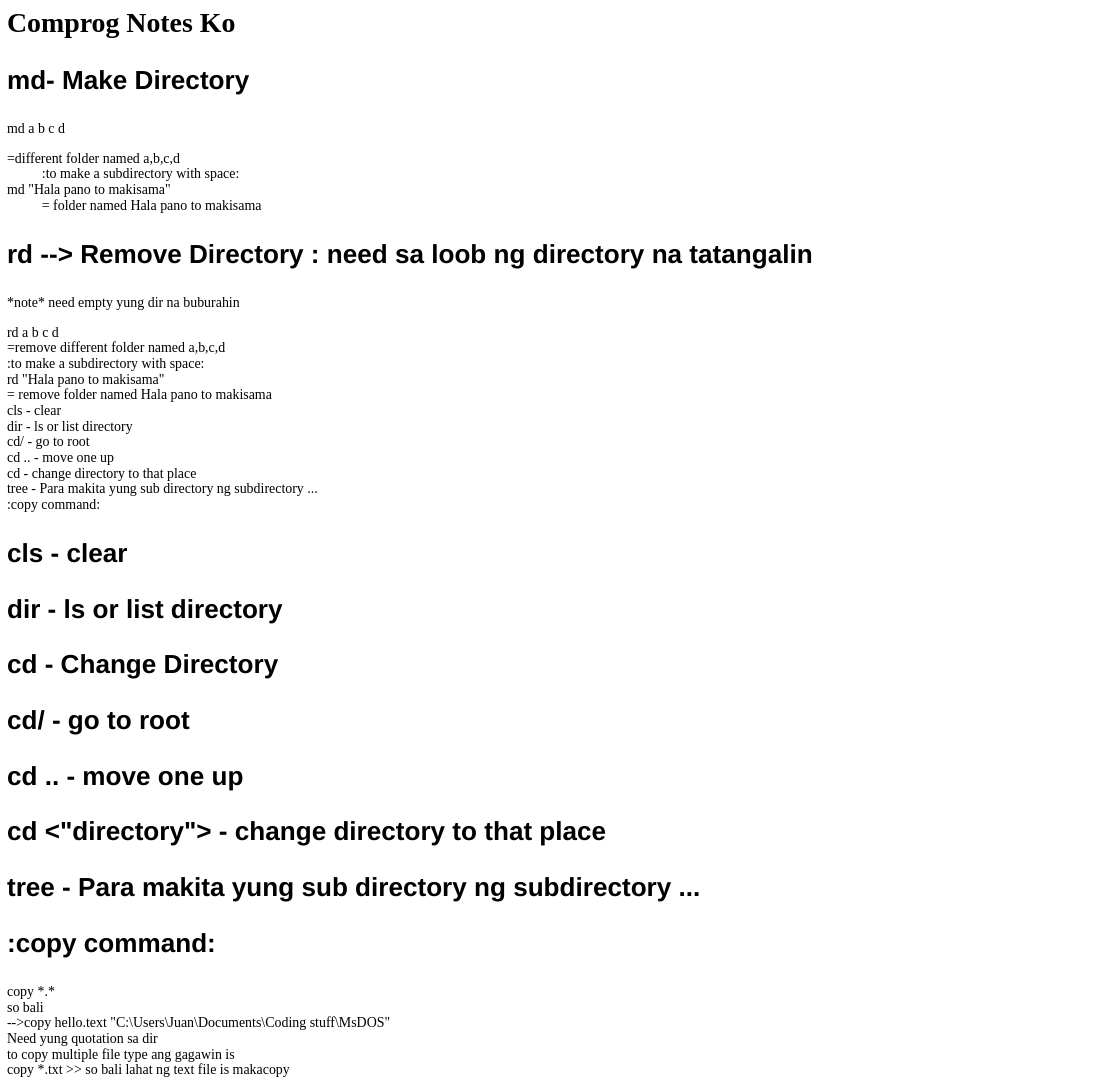
Repository: zwainer/Comprog
Page: index.html
These files come from the project's save history. The page is drawn as it stood at one moment and after a run of saves; the edit follows.
The browser window is 1280 px wide. The pictures show the whole page, at 87% of full size.

Above is the page before, as saved 2023-05-05 22:19:49.

After the next 2 saves:
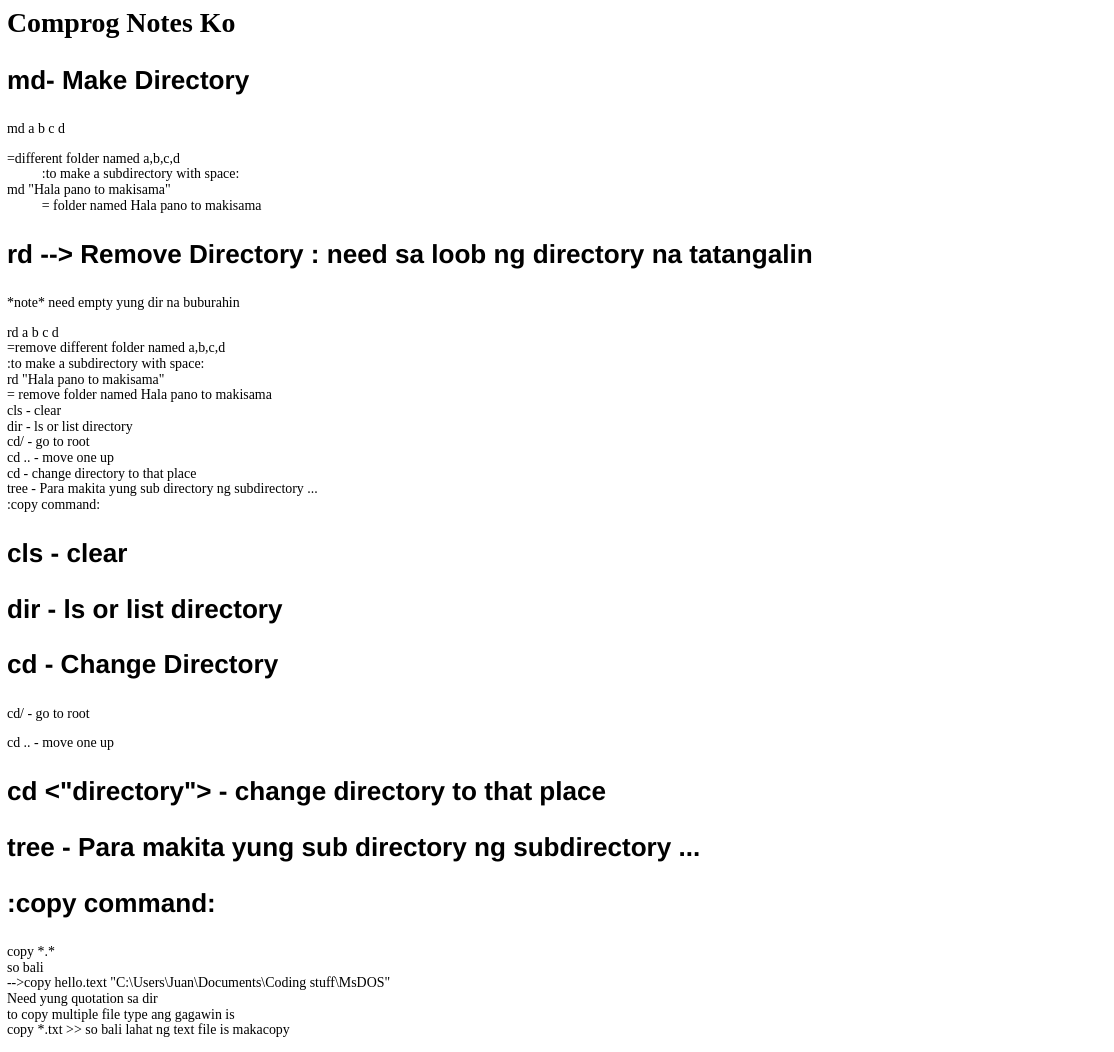
The 2 saves are shown as one change because they came seconds apart.
The last was saved 7 s later.
--- a/index.html
+++ b/index.html
@@ -61,9 +61,9 @@ tree - Para makita yung sub directory ng subdirectory ...<br/>
 <p class="StartCommand">cd - Change Directory<br/></p>
 
 
-<p class="StartCommand">cd/ - go to root<br/></p>
+<p >cd/ - go to root<br/></p>
 
-<p class="StartCommand">cd .. - move one up<br/></p>
+<p>cd .. - move one up<br/></p>
 
 <p class="StartCommand">cd <"directory"> - change directory to that place<br/></p>
 
